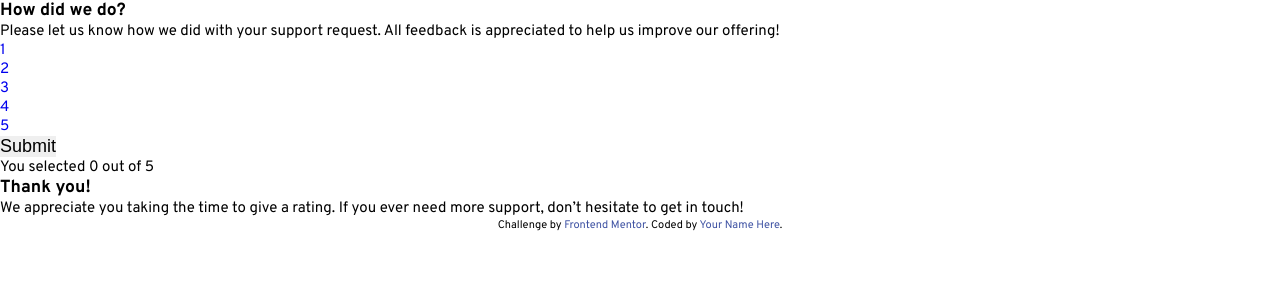
Repository: huynhnhutanhduy/interactive-rating-component
Page: index.html
These files come from the project's save history. The page is drawn as it stood at one moment and after the next save; the edit follows.
The browser window is 1280 px wide. The pictures show the whole page.

Above is the page before, as saved 2022-10-19 09:48:13.

After the next save:
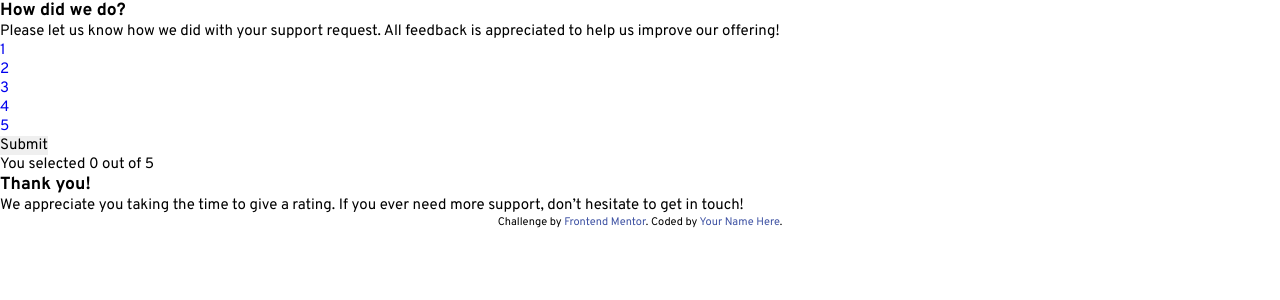
Saved 10 s later.
--- a/app.css
+++ b/app.css
@@ -34,8 +34,8 @@ img {
 }
 button {
   outline: none;
-  font-size: 1.8rem;
-  font-family: "Poppins", sans-serif;
+  font-size: 1.5rem;
+  font-family: "Overpass", sans-serif;
   font-weight: 400;
   cursor: pointer;
 }
